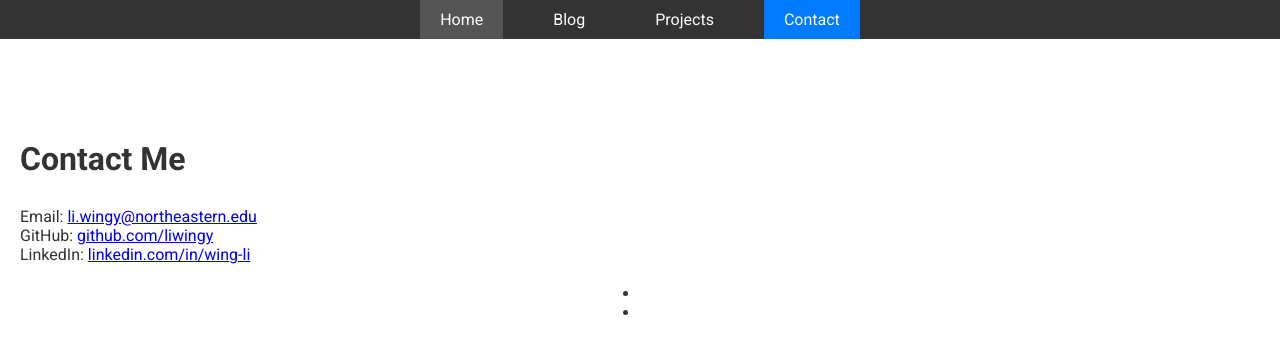
Repository: liwingy/cs5610_fall24_project1
Page: contact.html
An editor plug-in stored every save of this project. The page is shown before and after the next save, followed by the edit.
The browser window is 1280 px wide. The pictures show the whole page.
The pointer rests on the first visible `nav ul li a`.

Above is the page before, as saved 2024-10-07 19:01:09.

### contact.html
<!DOCTYPE html>
<html lang="en">
<head>
    <meta charset="UTF-8">
    <meta name="viewport" content="width=device-width, initial-scale=1.0">
    <title>Wing Yee Li | Contact</title>
    <link rel="stylesheet" href="style.css">
</head>
<body>
    <nav>
        <ul>
            <li><a href="homepage.html">Home</a></li>
            <li><a href="blog.html">Blog</a></li>
            <li><a href="projects.html">Projects</a></li>
            <li><a href="contact.html" class="active">Contact</a></li>
        </ul>
    </nav>
    <main>
        <section class="contact">
            <h2>Contact Me</h2>
            <br>
            <p>Email: <a href="mailto:li.wingy@northeastern.edu">li.wingy@northeastern.edu</a></p>
            <p>GitHub: <a href="https://github.com/liwingy" target="_blank">github.com/liwingy</a></p>
            <p>LinkedIn: <a href="https://linkedin.com/in/wing-li" target="_blank">linkedin.com/in/wing-li</a></p>
        </section>
        <footer>
            <ul class="social-links">
              <li><a href="https://linkedin.com/in/wing-li"><i class="fa fa-linkedin"></i></a></li>
              <li><a href="https://github.com/liwingy"><i class="fa fa-github"></i></a></li>
            </ul>
          </footer>
    </main>
</body>
</html>

### style.css
@import url('https://fonts.googleapis.com/css2?family=Roboto:wght@400;700&display=swap');

* {
    margin: 0;
    padding: 0;
    box-sizing: border-box;
    font-family: 'Roboto', sans-serif;
}

body, html {
    height: 100%;
    margin: 0;
}

body {
    background-color: rgb(255, 255, 255);
    color: #333;
    display: flex;
    flex-direction: column;   /* Stack the content vertically */
    height: 100vh;            /* Make sure the body takes up the full viewport height */
}

main {
    display: flex;
    justify-content: center;
    align-items: center;
    flex-direction: column;
    height: auto;
    margin-top: 80px;
    padding-top: 20px;
}

header {
    text-align: center;
}

.blog, .projects, .contact, .about-me {
    margin-top: 20px;
    padding: 20px;
    width: 100%;
}

nav {
    width: 100%;              /* Full width navigation bar */
    background-color: #333;    /* Background color for the navbar */
    position: fixed;          /* Keep the navbar fixed at the top */
    top: 0;
    left: 0;
    padding: 10px 0;          /* Add some padding for spacing */
    z-index: 1;               /* Ensure the navbar stays above other content */
}

nav ul {
    list-style: none;
    display: flex;            /* Display the list items in a row */
    justify-content: center;  /* Center the list items horizontally */
    margin: 0;
    padding: 0;
}

nav ul li {
    margin: 0 15px;           /* Space between each nav item */
}

nav ul li a {
    color: #fff;
    text-decoration: none;
    padding: 10px 20px;       /* Add padding around each link */
    transition: background-color 0.3s;
}

nav ul li a:hover {
    background-color: #555;   /* Change background color on hover */
}

.active {
    background-color: #007BFF; /* Style for the active page link */
}

h1 {
    font-size: 2.5rem;
    margin-top: 60px;        /* Add space from the navbar */
}

h2 {
    font-size: 2rem;
    margin-bottom: 10px;
}

.highlight {
    font-weight: bold;
    color: black; /* Highlight the text in a different color */
}

.about-me h3:before {
    content: "⚡ "; /* Add an icon or symbol before each section */
    font-size: 1.5rem;
    color: #007BFF;
    margin-right: 5px;
}

.projects-grid {
    display: grid;
    grid-template-columns: repeat(auto-fit, minmax(300px, 1fr)); /* Auto-fit for responsiveness */
    gap: 20px; /* Space between grid items */
    margin-top: 20px;
}

.project-item h3:before {
    content: "🚀";
    padding: 20px;
    border-radius: 10px;
    text-align: left;
    box-shadow: 0 2px 10px rgba(0, 0, 0, 0.1);
}

.centered-video,
.pics {
    max-width: 300px;
    width: 100%;
    height: auto;
    display: block;
    margin: 20px auto;
    border-radius: 10px;
}

/* Responsive design */
@media screen and (max-width: 768px) {
    nav ul {
        flex-direction: column;  /* Stack the navbar links vertically on small screens */
        align-items: center;
    }

    nav ul li {
        margin: 10px 0;          /* Space out vertically in mobile view */
    }

    h1 {
        font-size: 1.8rem;
        margin-top: 100px;       /* Adjust spacing on small screens */
    }
}

After the next save:
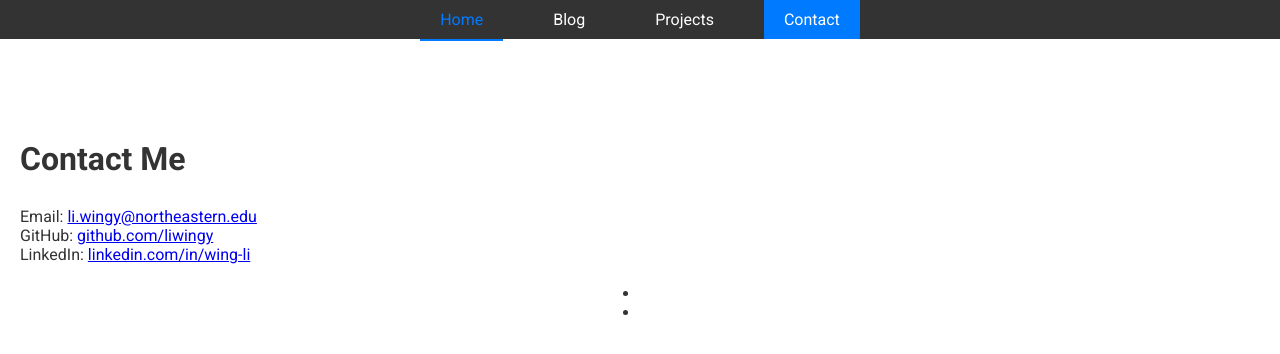
Saved 73 s later.
--- a/style.css
+++ b/style.css
@@ -70,7 +70,9 @@ nav ul li a {
 }
 
 nav ul li a:hover {
-    background-color: #555;   /* Change background color on hover */
+    border-bottom: 2px solid #007BFF;
+    color: #007BFF;
+    transition: all 0.3s ease-in-out;
 }
 
 .active {
